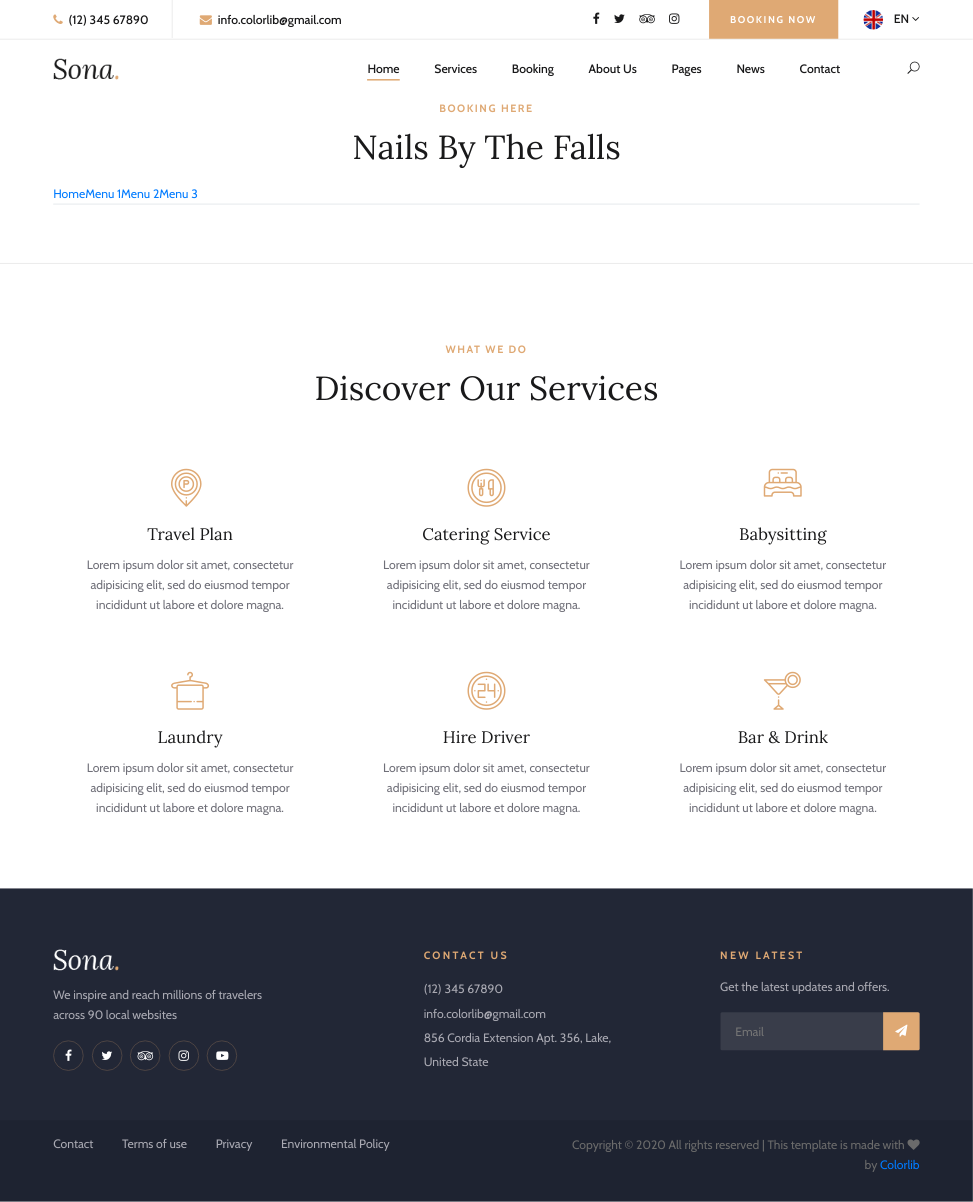
Repository: KeriBoss/Booking_Spa
Page: booking.html
The author's editor kept a copy of each file at every save. The page is drawn from the files as they stood at one save, then again after the next save.
The browser window is 1280 px wide. The pictures show the whole page, at 76% of full size.

Above is the page before, as saved 2023-05-19 15:45:53.

After the next save:
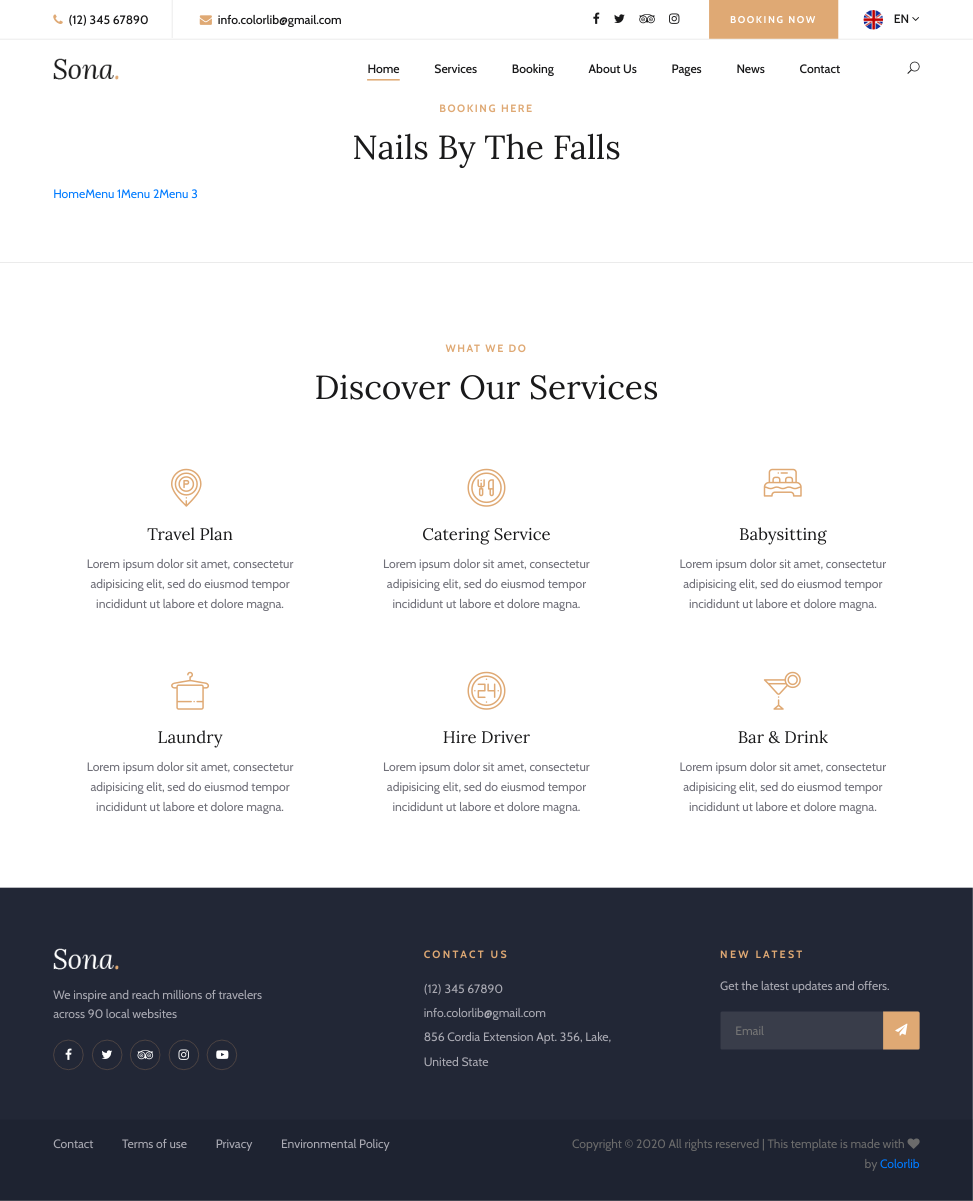
Saved 47 s later.
--- a/booking.html
+++ b/booking.html
@@ -178,39 +178,31 @@
                 </div>
                 <div class="col-lg-12">
                     <div class="card-booking">
-                        <ul class="nav nav-tabs">
-                            <li class="active"><a data-toggle="tab" href="#home">Home</a></li>
-                            <li><a data-toggle="tab" href="#menu1">Menu 1</a></li>
-                            <li><a data-toggle="tab" href="#menu2">Menu 2</a></li>
-                            <li><a data-toggle="tab" href="#menu3">Menu 3</a></li>
-                        </ul>
-
-                        <div class="tab-content">
+                        <ul class="nav nav-pills">
+                            <li class="active"><a data-toggle="pill" href="#home">Home</a></li>
+                            <li><a data-toggle="pill" href="#menu1">Menu 1</a></li>
+                            <li><a data-toggle="pill" href="#menu2">Menu 2</a></li>
+                            <li><a data-toggle="pill" href="#menu3">Menu 3</a></li>
+                          </ul>
+
+                          <div class="tab-content">
                             <div id="home" class="tab-pane fade in active">
-                                <h3>Home</h3>
-                                <p>Lorem ipsum dolor sit amet, consectetur adipisicing elit, sed do eiusmod tempor
-                                    incididunt ut labore et dolore magna aliqua.</p>
-                            </div>
-
+                              <h3>HOME</h3>
+                              <p>Lorem ipsum dolor sit amet, consectetur adipisicing elit, sed do eiusmod tempor incididunt ut labore et dolore magna aliqua.</p>
+                            </div>
                             <div id="menu1" class="tab-pane fade">
-                                <h3>Menu 1</h3>
-                                <p>Lorem ipsum dolor sit amet, consectetur adipisicing elit, sed do eiusmod tempor
-                                    incididunt ut labore et dolore magna aliqua.</p>
-                            </div>
-
+                              <h3>Menu 1</h3>
+                              <p>Ut enim ad minim veniam, quis nostrud exercitation ullamco laboris nisi ut aliquip ex ea commodo consequat.</p>
+                            </div>
                             <div id="menu2" class="tab-pane fade">
-                                <h3>Menu 2</h3>
-                                <p>Lorem ipsum dolor sit amet, consectetur adipisicing elit, sed do eiusmod tempor
-                                    incididunt ut labore et dolore magna aliqua.</p>
-                            </div>
-
+                              <h3>Menu 2</h3>
+                              <p>Sed ut perspiciatis unde omnis iste natus error sit voluptatem accusantium doloremque laudantium, totam rem aperiam.</p>
+                            </div>
                             <div id="menu3" class="tab-pane fade">
-                                <h3>Menu 3</h3>
-                                <p>Lorem ipsum dolor sit amet, consectetur adipisicing elit, sed do eiusmod tempor
-                                    incididunt ut labore et dolore magna aliqua.</p>
-                            </div>
-
-                        </div>
+                              <h3>Menu 3</h3>
+                              <p>Eaque ipsa quae ab illo inventore veritatis et quasi architecto beatae vitae dicta sunt explicabo.</p>
+                            </div>
+                          </div>
 
                     </div>
                 </div>
